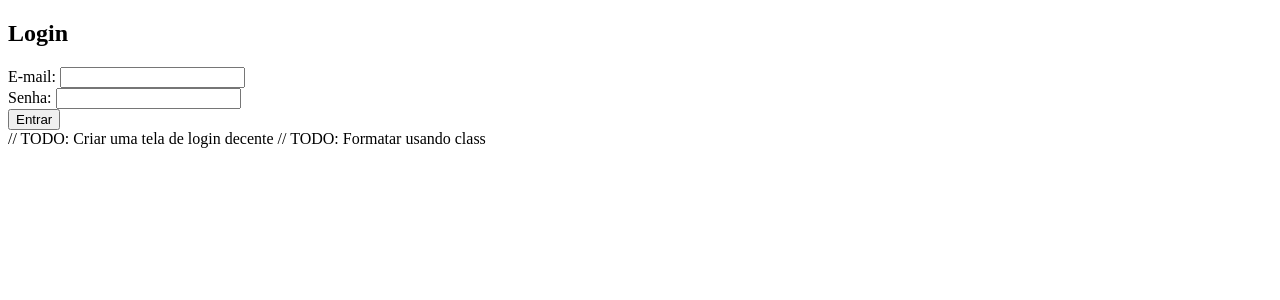
Repository: zz4fff/CRUD-MVC-PHP
Page: http://localhost/view/login.php
An editor plug-in stored every save of this project. The page is shown before and after the next save, followed by the edit.
The browser window is 1280 px wide. The pictures show the whole page.
The page is run by PHP 8.4 with error messages shown; the project is at /var/www/html/.

Above is the page before, as saved 2025-02-08 20:20:28.

### view/login.php
<!DOCTYPE html>
<html lang="pt-br">
<head>
    <meta charset="UTF-8">
    <title>Login</title>
</head>
<body>
    <h2>Login</h2>
    <form action="autenticar.php" method="POST">
        <label for="email">E-mail:</label>
        <input type="email" name="email" required><br>
        <label for="senha">Senha:</label>
        <input type="password" name="senha" required><br>
        <button type="submit">Entrar</button>
    </form>
</body>
</html>

// TODO: Criar uma tela de login decente
// TODO: Formatar usando class

After the next save:
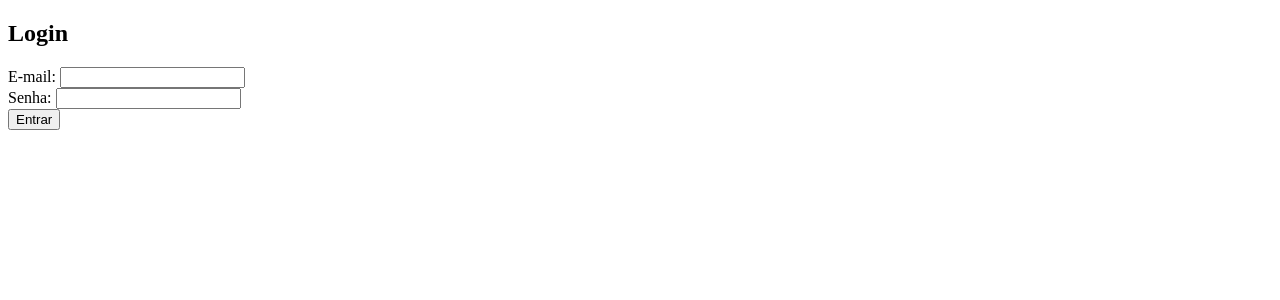
Saved 49 s later.
--- a/view/login.php
+++ b/view/login.php
@@ -7,7 +7,7 @@
 <body>
     <h2>Login</h2>
     <form action="autenticar.php" method="POST">
-        <label for="email">E-mail:</label>
+        <label class=for="email">E-mail:</label>
         <input type="email" name="email" required><br>
         <label for="senha">Senha:</label>
         <input type="password" name="senha" required><br>
@@ -16,5 +16,5 @@
 </body>
 </html>
 
-// TODO: Criar uma tela de login decente
-// TODO: Formatar usando class
+<!-- TODO: Criar uma tela de login decente
+TODO: Formatar usando class -->
